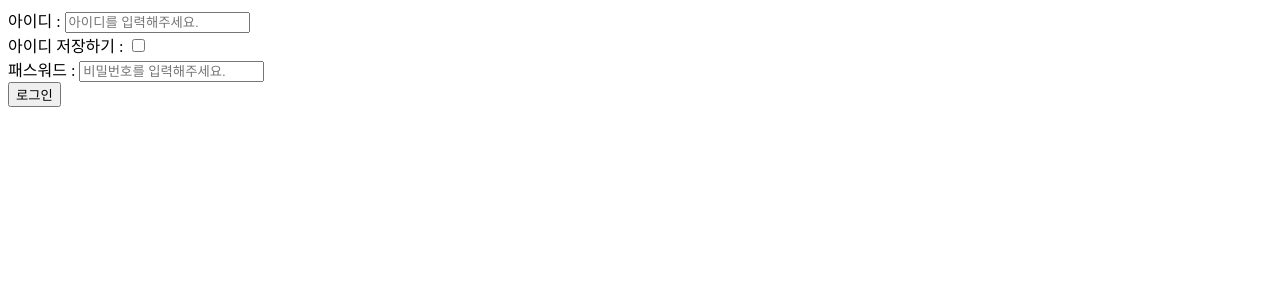
Repository: kimeuiyeob/KOPO_JSP_Study_2
Page: http://localhost/JspStudy/04Cookie/IdSaveMain.jsp
An editor plug-in stored every save of this project. The page is shown before and after a run of saves, followed by the edit.
The browser window is 1280 px wide. The pictures show the whole page.
The page is served by Tomcat 9.

Above is the page before, as saved 2023-06-19 07:18:19.

After the next 2 saves:
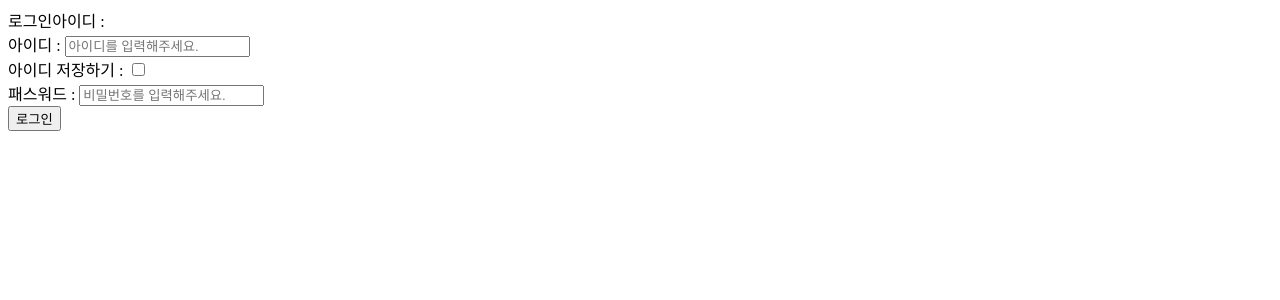
The 2 saves are shown as one change because 1 did not build or start.
The last was saved 66 s later.
--- a/JspStudy/src/main/webapp/04Cookie/IdSaveMain.jsp
+++ b/JspStudy/src/main/webapp/04Cookie/IdSaveMain.jsp
@@ -11,6 +11,8 @@
 	<%
 	String loginId = CookieManager.readCookie(request, "loginId");
 	String cookieCheck = "";
+
+	out.print("로그인아이디 : " + loginId);
 
 	if (!loginId.equals("")) {
 		cookieCheck = "checked";

After the save that followed:
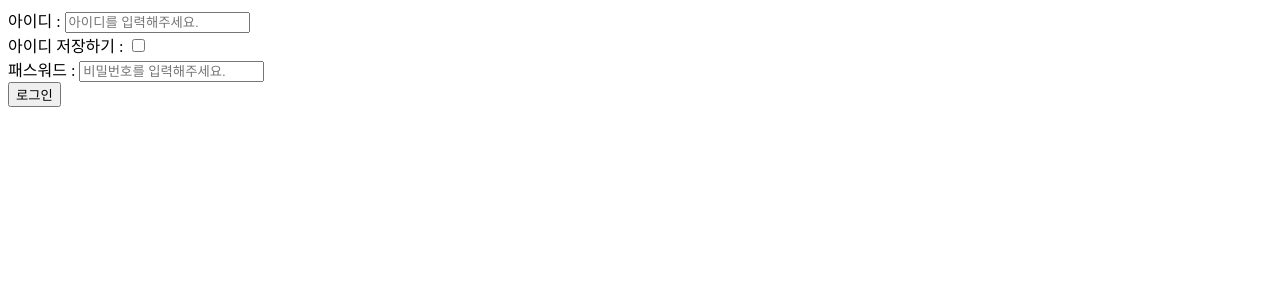
Saved 8 s later.
--- a/JspStudy/src/main/webapp/04Cookie/IdSaveMain.jsp
+++ b/JspStudy/src/main/webapp/04Cookie/IdSaveMain.jsp
@@ -11,8 +11,6 @@
 	<%
 	String loginId = CookieManager.readCookie(request, "loginId");
 	String cookieCheck = "";
-
-	out.print("로그인아이디 : " + loginId);
 
 	if (!loginId.equals("")) {
 		cookieCheck = "checked";
